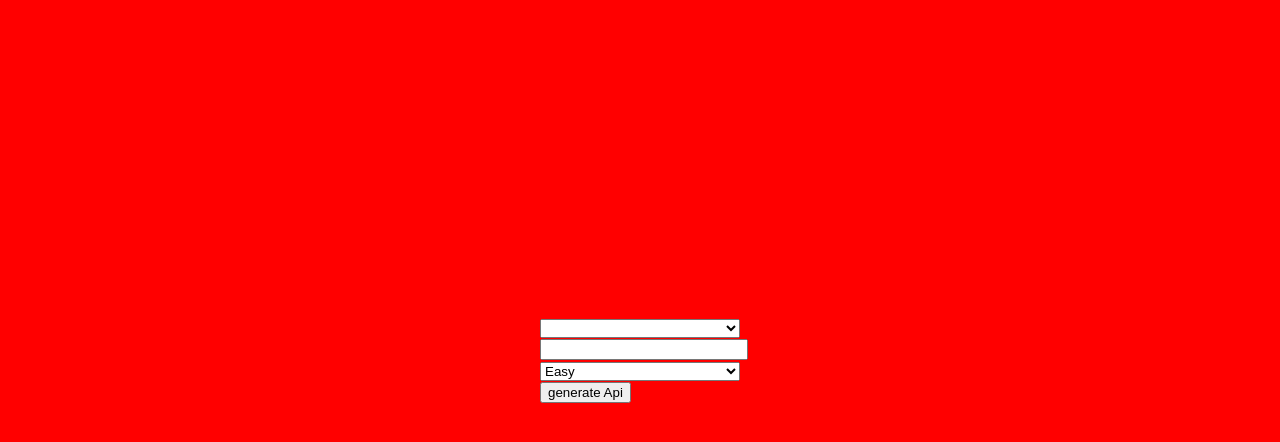
Repository: ranausama48/quiz-App
Page: /
These files come from the project's save history. The page is drawn as it stood at one moment and after the next save; the edit follows.
The browser window is 1280 px wide. The pictures show the whole page.
The page's requests for data from a server got no answer. The project was rebuilt for these pictures with package versions that can differ from the ones it lists, and the page was loaded fresh each time. No one was signed in, and anything a server would have sent is missing. Also part of the build but not shown: src/components/QuestionCard.tsx, src/components/ScorePage.tsx, src/components/QuizDash.tsx.

Above is the page before, as saved 2020-07-26 14:25:43.

After the next save:
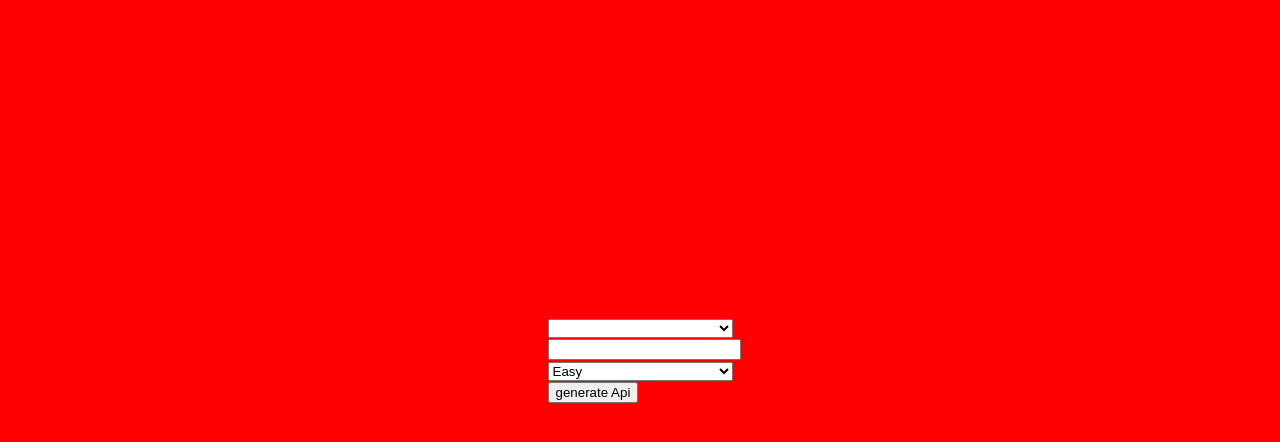
Saved 21 s later.
--- a/src/App.tsx
+++ b/src/App.tsx
@@ -82,12 +82,14 @@ function App() {
                 ))
               : []}
           </select>
-          <input
-            type="number"
-            name="questionLength"
-            id=""
-            onChange={changeHandler}
-          />
+          <div>
+            <input
+              type="number"
+              name="questionLength"
+              id=""
+              onChange={changeHandler}
+            />
+          </div>
           <select onChange={changeHandler} name="level">
             <option value="easy">Easy</option>
             <option value="medium">Medium</option>
